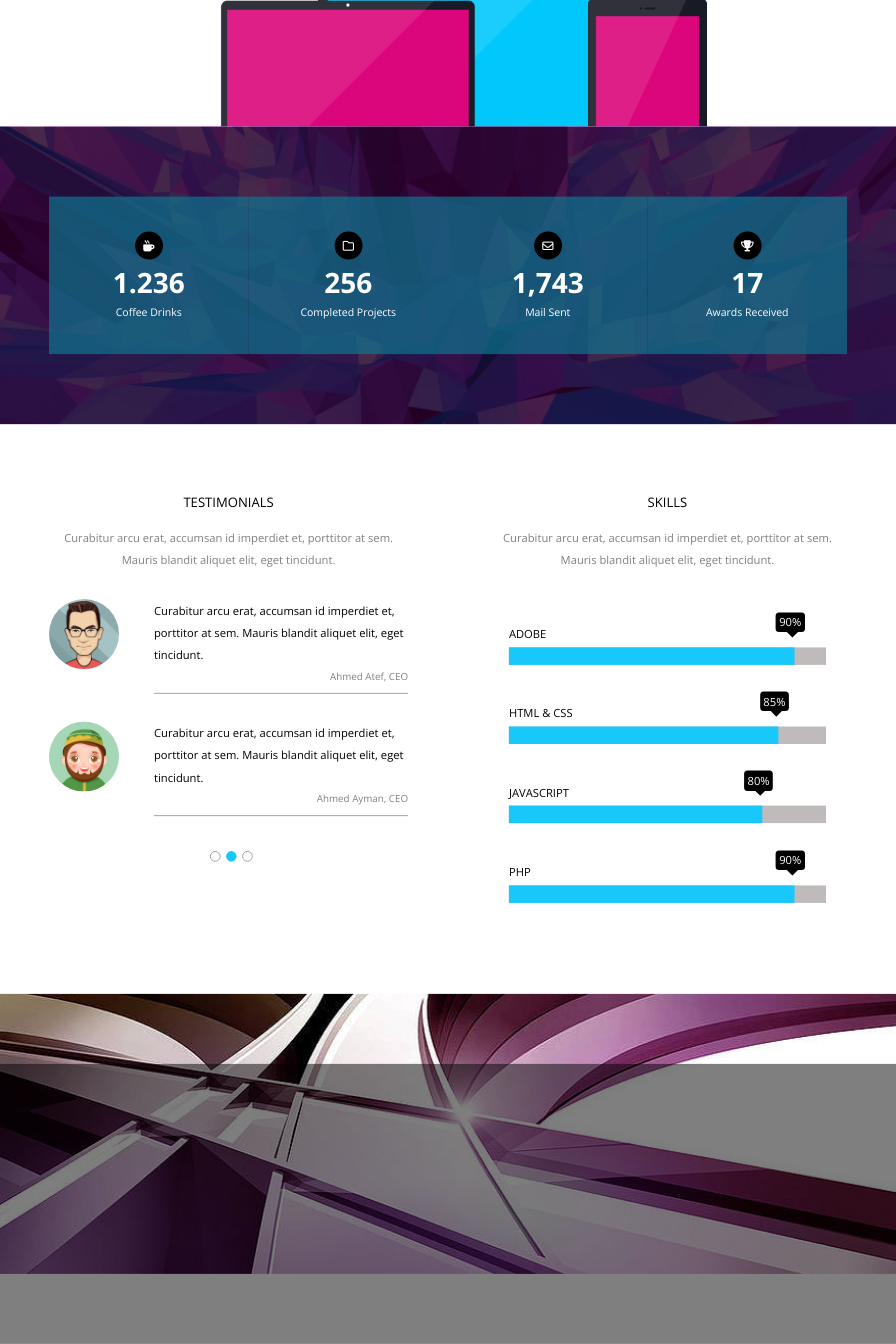
Repository: Ahmed123rezk123/Template_2
Page: index.html
The author's editor kept a copy of each file at every save. The page is drawn from the files as they stood at one save, then again after the next save.
The browser window is 1280 px wide. The pictures show the part of the page from y = 4447 to 6367 px (the page is 6367 px tall before and 6267 px after), at 70% of full size.
A picture or video elsewhere on the page could not be fetched, so the positions and the page height are approximate. Some web fonts or font styles are not loaded; a fallback is used.

Above is the page before, as saved 2024-04-15 19:25:48.

After the next save:
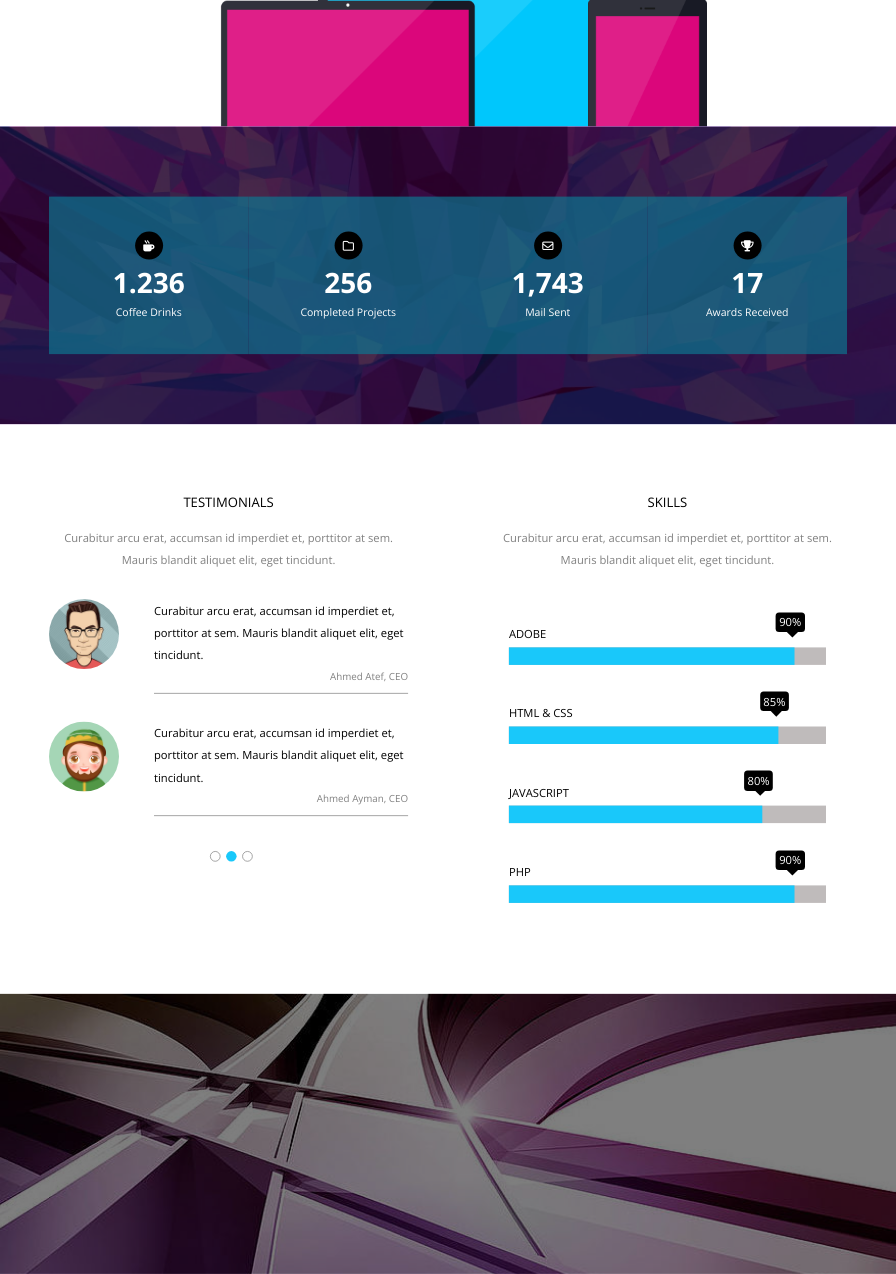
Saved 12 s later.
--- a/css/kasper.css
+++ b/css/kasper.css
@@ -794,8 +794,8 @@ margin-right: 50px;
 
 /* Start Quote */
 .quote {
-    padding-top: var(--section-padding);
-    padding-bottom: var(--section-padding);
+    /* padding-top: var(--section-padding);
+    padding-bottom: var(--section-padding); */
 background-image: url(/images/quote.jpg);
 background-size: cover;
 position: relative;
